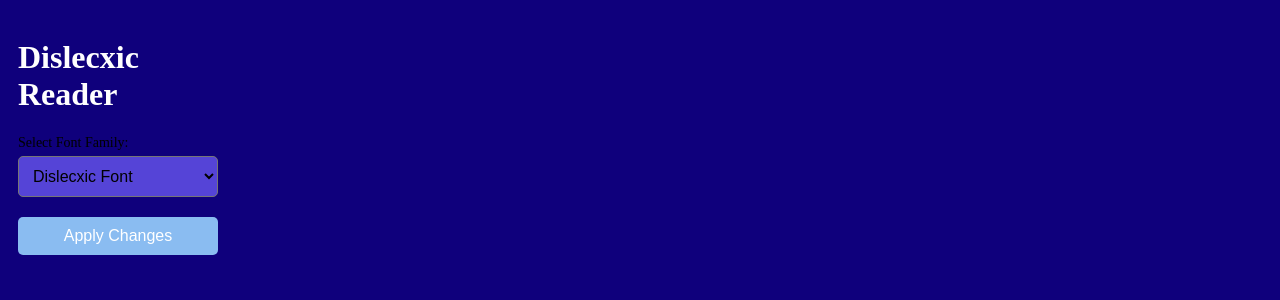
Repository: adatechschool/extension-navigateur-extension_walid_eliana_imelda
Page: Extention 3/popup.html
An editor plug-in stored every save of this project. The page is shown before and after the next save, followed by the edit.
The browser window is 1280 px wide. The pictures show the whole page.
The pointer rests on the first visible `button`.

Above is the page before, as saved 2024-01-12 15:58:06.

After the next save:
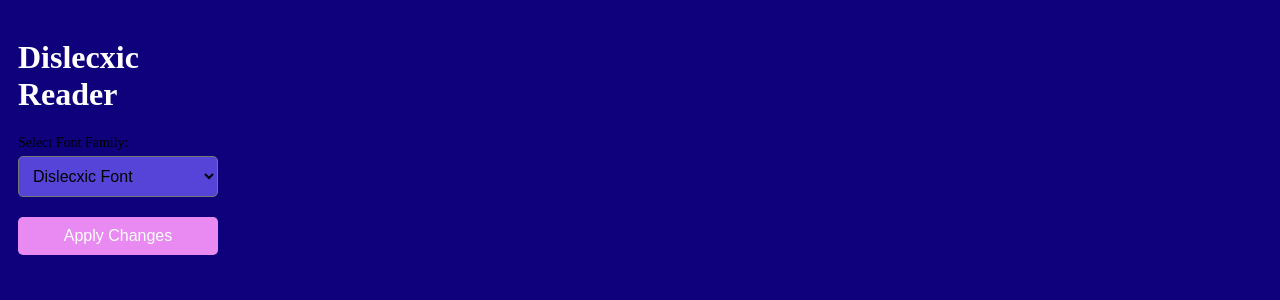
Saved 20 s later.
--- a/Extention 3/popup.css
+++ b/Extention 3/popup.css
@@ -28,7 +28,7 @@ body {
   }
 
   button:hover {
-    background-color: #8abcf1;
+    background-color: #e88af1;
   }
   h1 {
     color:white;
